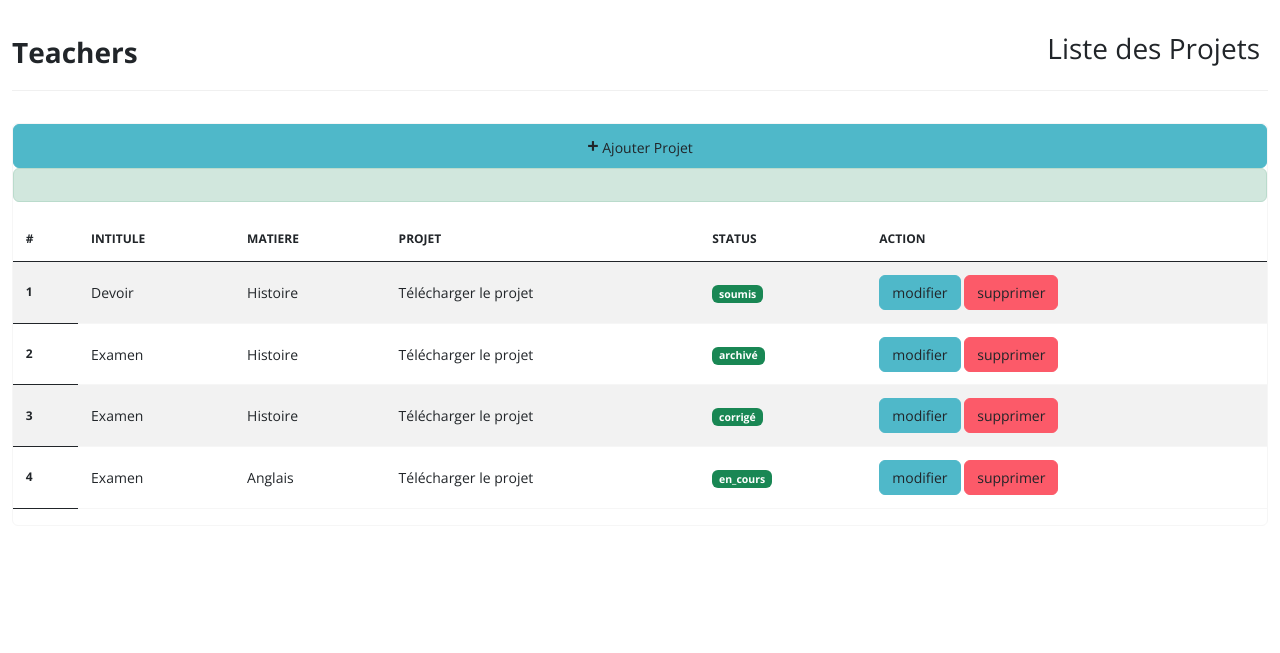
Repository: dimitri0004/Moodle
Page: http://localhost/enseignant/projet/
An editor plug-in stored every save of this project. The page is shown before and after the next save, followed by the edit.
The browser window is 1280 px wide. The pictures show the whole page.
The page is served by the project's application, run on Django 4.2 (manage.py). The database holds what the project's SQL file puts in it.

Above is the page before, as saved 2023-08-19 03:41:36.
Console error: TypeError: Cannot set properties of null (setting 'innerHTML')

After the next save:
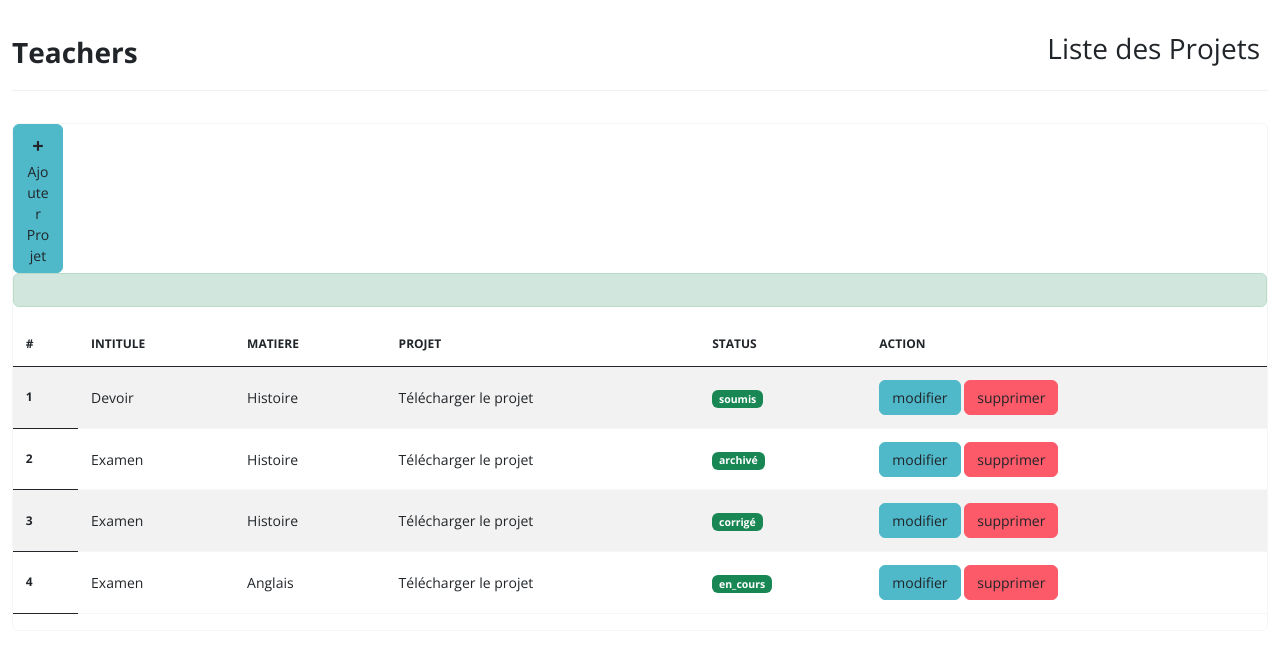
Saved 36 s later.
--- a/templates/Enseignant/Projet/index.html
+++ b/templates/Enseignant/Projet/index.html
@@ -20,7 +20,7 @@
             <div class="col">
                 <h3></h3>
                 <div class="card teacher-card">
-                <a href="{% url 'ajouter_projet' %}" class="btn btn-info"><strong style="font-size: 20px;">+</strong> Ajouter Projet</a>
+                <a href="{% url 'ajouter_projet' %}" style="width: 50px;" class="btn btn-info"><strong style="font-size: 20px; ">+</strong> Ajouter Projet</a>
                     <p class="alert alert-success">{{ message }}</p>
 
 
